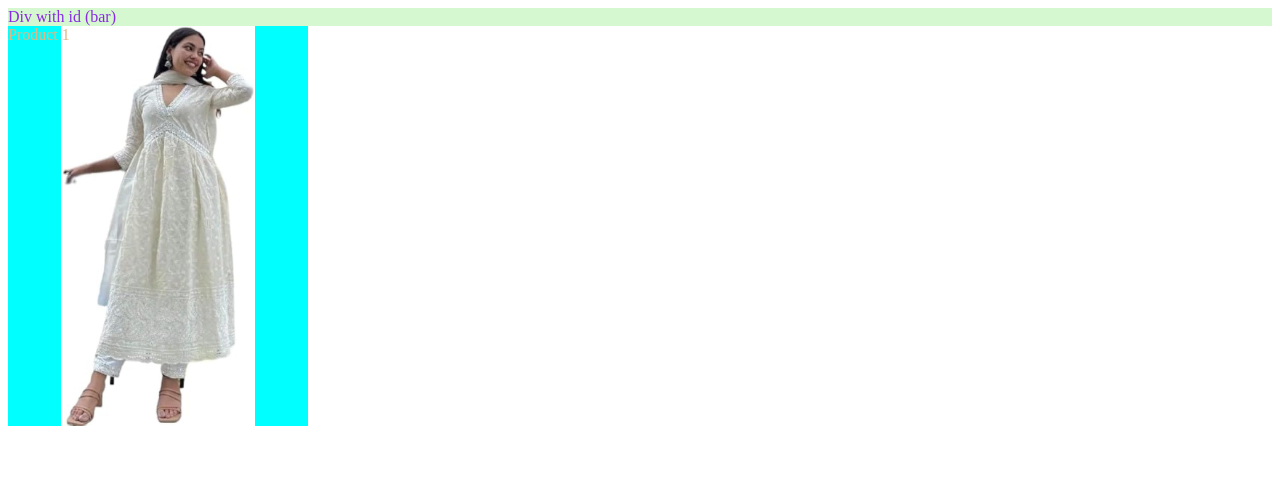
Repository: nihalani20/CSS-by-KG
Page: Practice set/index.html
These files come from the project's save history. The page is drawn as it stood at one moment and after the next save; the edit follows.
The browser window is 1280 px wide. The pictures show the whole page.

Above is the page before, as saved 2023-11-24 18:23:04.

After the next save:
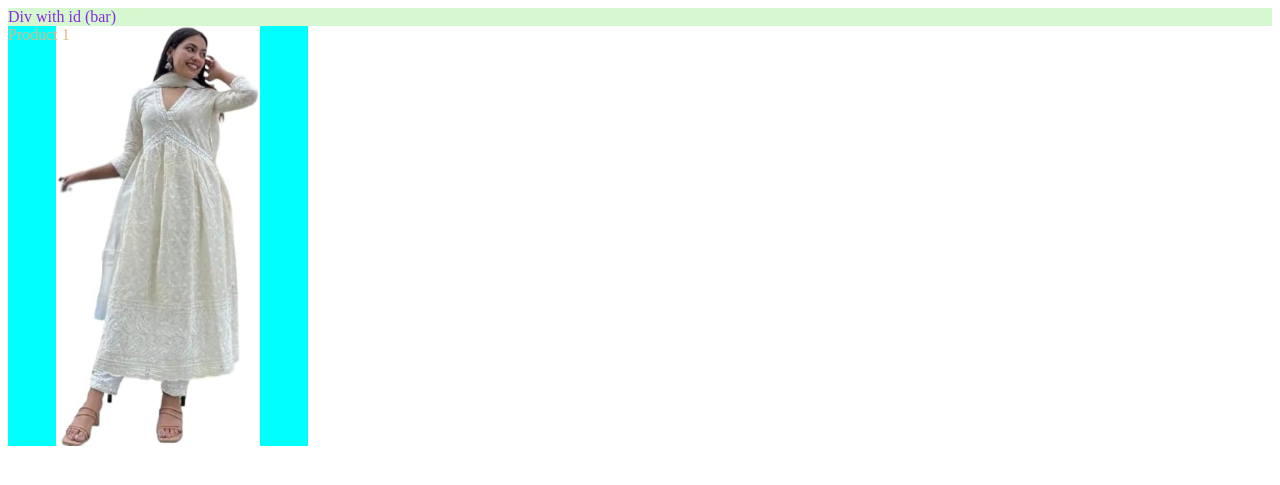
Saved 4 s later.
--- a/Practice set/index.html
+++ b/Practice set/index.html
@@ -18,7 +18,7 @@ main{
     height: 500px;
 }
 #product{
-     height: 400px;
+     height: 420px;
      width:300px;
     background-image: url(images/kurt\ image.jpg);
     background-position: center;
